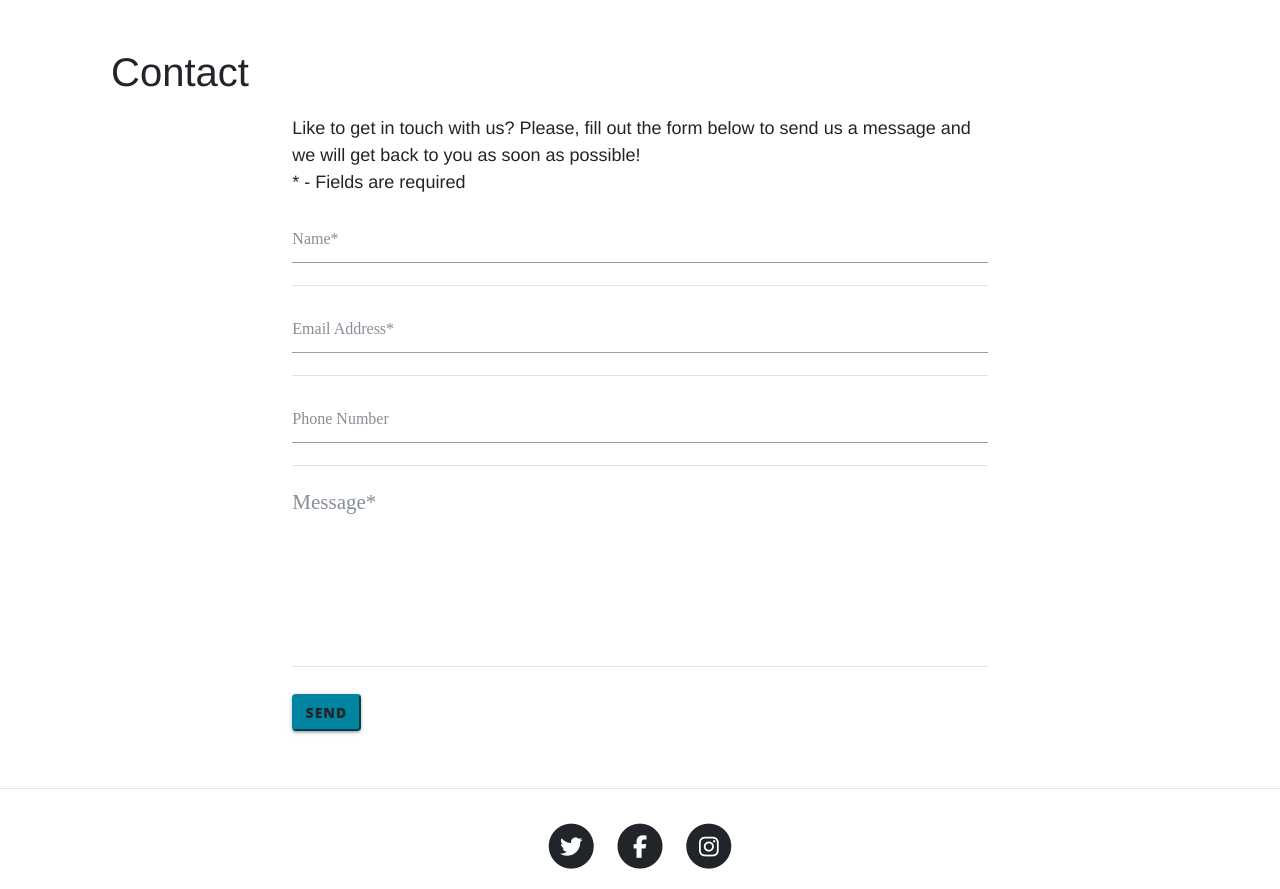
Repository: Code-Institute-Submissions/simas-recipes
Page: http://localhost/contact
The author's editor kept a record of every edit. The page is drawn from the files as they stood at one moment, then again after the next edit.
The browser window is 1280 px wide. The pictures show the part of the page from y = 562 to 1468 px (the page is 1451 px tall before and 1468 px after).
Some web fonts or font styles are not loaded; a fallback is used. Some web libraries are served in a nearby version. The page is served by the project's application, run on Flask 3 (run.py).

Above is the page before.

After the next edit:
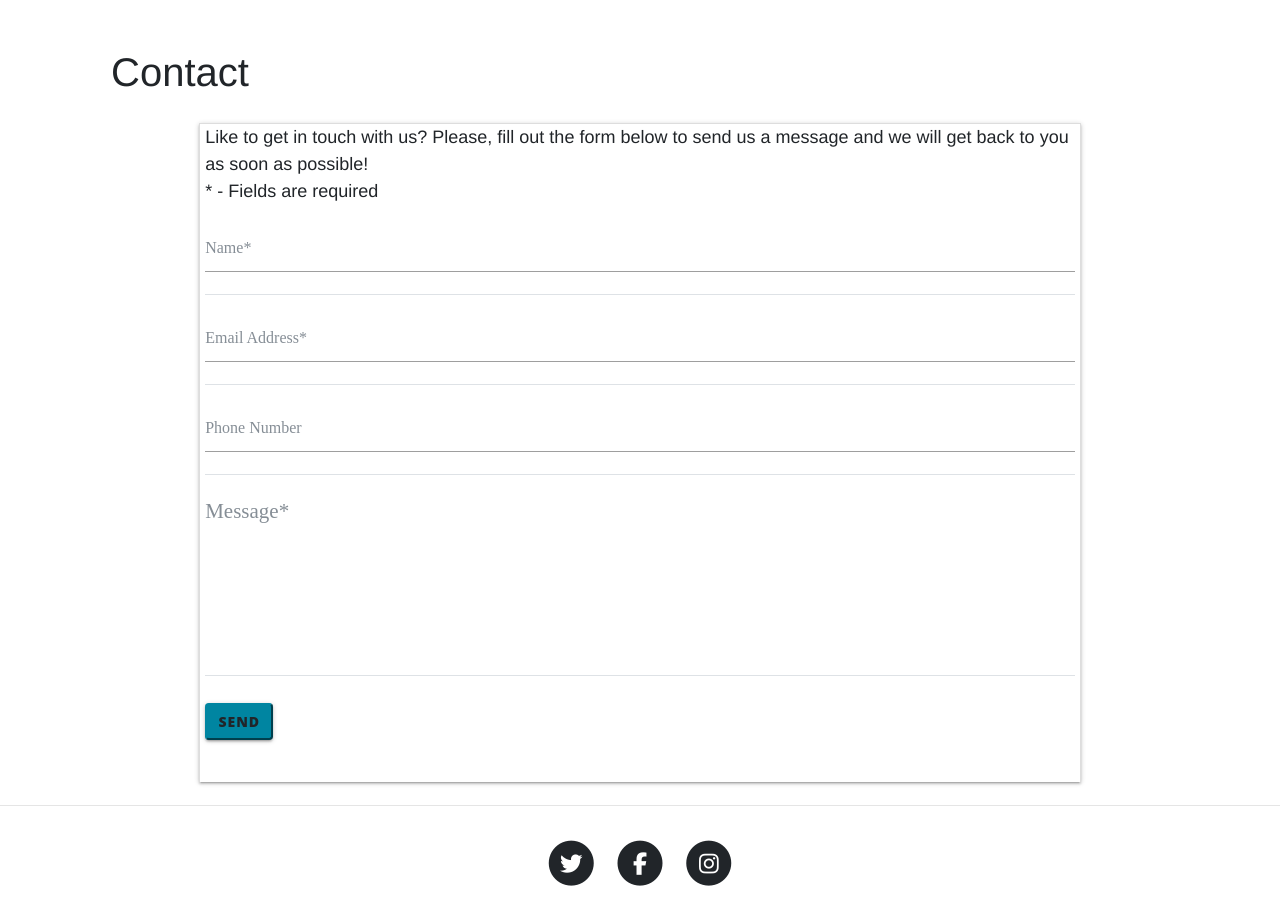
The edit:
--- a/templates/contact.html
+++ b/templates/contact.html
@@ -4,7 +4,7 @@
 
 
     <div class="row">
-        <div class="col-lg-8 col-md-10 mx-auto">
+        <div class="col-lg-10 col-md-12 col-sm-12 mx-auto collapsible">
             {% with messages = get_flashed_messages() %}
             {% if messages %}
             <ul class="flashes">
